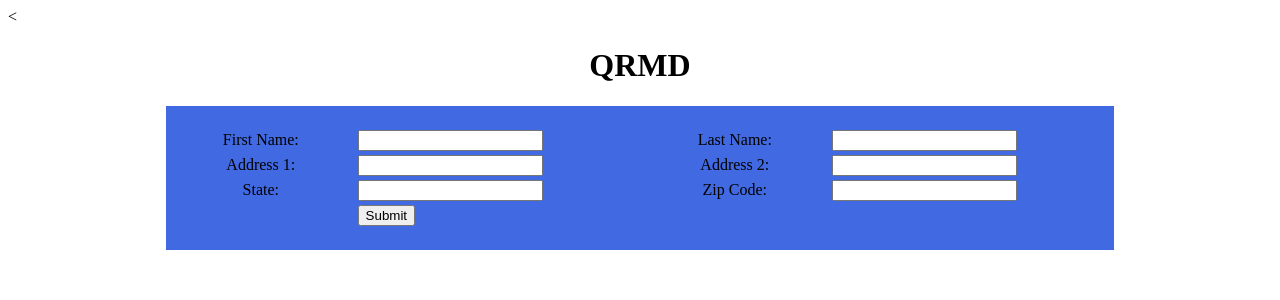
Repository: ImPickleRiiicck/QRMD
Page: http://localhost/QRMD/Pages/PatientInfoScreen.jsp
An editor plug-in stored every save of this project. The page is shown before and after the next save, followed by the edit.
The browser window is 1280 px wide. The pictures show the whole page.
The page is served by Tomcat 9. Other server files are loaded and not shown.

Above is the page before, as saved 2019-02-13 02:19:06.

### QRMD/WebContent/Pages/PatientInfoScreen.jsp
<%@ page language="java" contentType="text/html; charset=ISO-8859-1"
    pageEncoding="ISO-8859-1"%>
<!DOCTYPE html>
<<jsp:useBean id="PatientBean" class="qrmd.bean.PatientBean"></jsp:useBean>
<html>
<head>
<meta charset="ISO-8859-1">
<title>QRMD</title>
</head>
<style>
    p
    {
        color: black;
    }
</style>
            <body>
                <font color="black" size="3">
                    <div align="center">
                        <h1>QRMD</h1>
                            <table style="background-color: royalblue" align="center" width="75%" border="0" cellspacing="0" cellpadding="2">
                                <tr>
                                    <td width="20%">&nbsp;</td>
                                    <td width="30%">&nbsp;</td>
                                    <td width="20%">&nbsp;</td>
                                    <td width="30%">&nbsp;</td>
                                </tr>
                                <tr>
                                    <td align="center">First Name: </td>
                                    <td><input type="text" name="patientName"></td>
                                    <td align="center">Last Name: </td>
                                    <td><input type="text" name="lastName"></td>
                                </tr>
                                <tr>
                                    <td align="center">Address 1: </td>
                                    <td><input type="text" name="address1"></td>
                                    <td align="center">Address 2: </td>
                                    <td><input type="text" name="address2"></td>
                                </tr>
                                <tr>
                                    <td align="center">State: </td>
                                    <td><input type="text" name="state"></td>
                                    <td align="center">Zip Code: </td>
                                    <td><input type="text" name="zipCode"></td>
                                </tr>
                                <tr>
                                    <td>&nbsp;</td>
                                    <td><input type="submit" name="submit" value="Submit" onClick=></td>
                                    <td>&nbsp;</td>
                                    <td>&nbsp;</td>
                                </tr>
                                <tr>
                                    <td>&nbsp;</td>
                                    <td>&nbsp;</td>
                                </tr>
                        </div>
                </font>
            </body>
</html>

### QRMD/src/qrmd/bean/PatientBean.java
package qrmd.bean;

public class PatientBean implements java.io.Serializable {

	/**
	 *
	 */
	private static final long serialVersionUID = 1L;

	/**
	 * Initialize variables
	 */
	static String patientName = null;

	static String address = null;

	static String zipCode = null;

	static String state = null;

	public PatientBean() {

	}

	/**
	 * Set the patient's name
	 * @param name
	 */
	public void setPatientName (String name)
	{
		patientName = name;
	}

	/**
	 * Return the patients name
	 * @return
	 */
	public String getPatientName ()
	{
		return PatientBean.patientName;
	}

	/**
	 * Set the patient's address
	 * @param addr
	 */
	public void setAddress (String addr)
	{
		address = addr;
	}

	/**
	 * Return the patients address
	 * @return
	 */
	public String getAddress ()
	{
		return PatientBean.address;
	}

	/**
	 * Set the patient's zip code
	 * @param zip
	 */
	public void setZipCode (String zip)
	{
		zipCode = zip;
	}

	/**
	 * Return the patients zip code
	 * @return
	 */
	public String getZipCode ()
	{
		return PatientBean.zipCode;
	}

	/**
	 * Sets the patient's state
	 * @param st
	 */
	public void setState (String st)
	{
		state = st;
	}

	/**
	 * Returns the patients state
	 * @return
	 */
	public String getState ()
	{
		return PatientBean.state;
	}
}

After the next save:
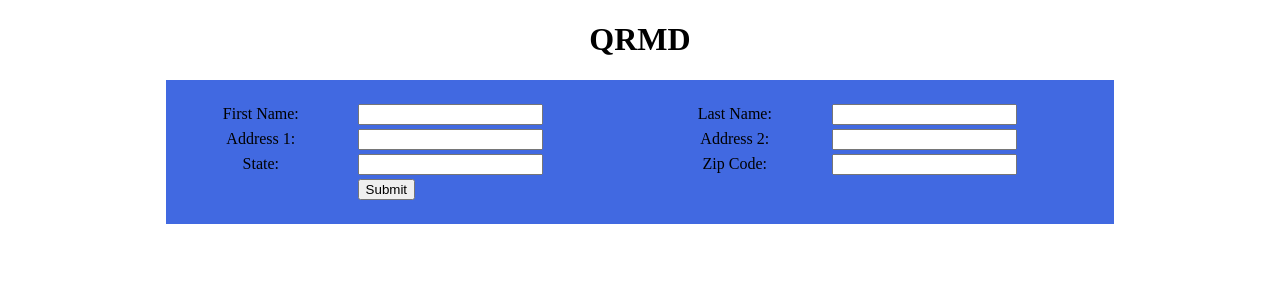
Saved 55 min 25 s later.
--- a/QRMD/WebContent/Pages/PatientInfoScreen.jsp
+++ b/QRMD/WebContent/Pages/PatientInfoScreen.jsp
@@ -1,7 +1,7 @@
 <%@ page language="java" contentType="text/html; charset=ISO-8859-1"
     pageEncoding="ISO-8859-1"%>
 <!DOCTYPE html>
-<<jsp:useBean id="PatientBean" class="qrmd.bean.PatientBean"></jsp:useBean>
+<jsp:useBean id="PatientBean" class="qrmd.bean.PatientBean"></jsp:useBean>
 <html>
 <head>
 <meta charset="ISO-8859-1">
@@ -44,7 +44,7 @@
                                 </tr>
                                 <tr>
                                     <td>&nbsp;</td>
-                                    <td><input type="submit" name="submit" value="Submit" onClick=></td>
+                                    <td><input type="submit" name="submit" value="Submit" onClick="submit"></td>
                                     <td>&nbsp;</td>
                                     <td>&nbsp;</td>
                                 </tr>
